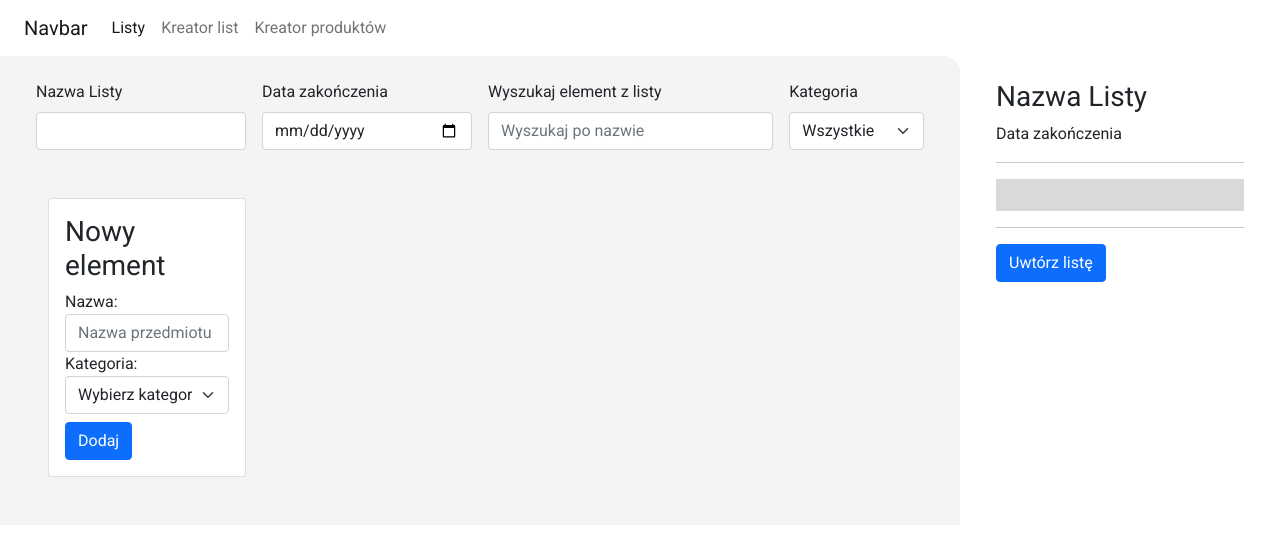
Repository: alphatra/Task-menager
Page: http://localhost/php/src/views/createList.php
These files come from the project's save history. The page is drawn as it stood at one moment and after the next save; the edit follows.
The browser window is 1280 px wide. The pictures show the whole page.
The page is run by PHP 8.4 with error messages shown; the project is at /var/www/html/. Queries for data that is not in the repository find no rows.

Above is the page before, as saved 2023-02-11 17:05:26.

### php/src/views/createList.php
<!DOCTYPE html>
<html lang="en">
<head>
    <meta charset="UTF-8">
    <meta http-equiv="X-UA-Compatible" content="IE=edge">
    <meta name="viewport" content="width=device-width, initial-scale=1.0">
    <title>Document</title>
    <script src="https://ajax.googleapis.com/ajax/libs/jquery/3.6.1/jquery.min.js"></script>
    <link href="https://cdn.jsdelivr.net/npm/bootstrap@5.0.2/dist/css/bootstrap.min.css" rel="stylesheet" integrity="sha384-EVSTQN3/azprG1Anm3QDgpJLIm9Nao0Yz1ztcQTwFspd3yD65VohhpuuCOmLASjC" crossorigin="anonymous">
    <script src="https://cdn.jsdelivr.net/npm/@popperjs/core@2.9.2/dist/umd/popper.min.js" integrity="sha384-IQsoLXl5PILFhosVNubq5LC7Qb9DXgDA9i+tQ8Zj3iwWAwPtgFTxbJ8NT4GN1R8p" crossorigin="anonymous"></script>
    <script src="https://cdn.jsdelivr.net/npm/bootstrap@5.0.2/dist/js/bootstrap.min.js" integrity="sha384-cVKIPhGWiC2Al4u+LWgxfKTRIcfu0JTxR+EQDz/bgldoEyl4H0zUF0QKbrJ0EcQF" crossorigin="anonymous"></script>
    <script>
        const catergories = {
            1: 'Elektronika',
            2: 'Meble',
            3: 'Kosmetyki',
            4: 'Jedzenie',
            5: 'Ubrania',
            6: 'Zabawki',
            7: 'Sport',
            8: 'Książki',
            9: 'Narzędzia',
            10: 'RTV'
        }

        console.log(catergories);
        $(document).ready(function() {
            const select = $('select');
            $.each(catergories, function(i, item) {
                $('select').append($("<option>", {
                    value: item,
                    text: item
                }))
                $('select').append($("<option>", {
                    value: item,
                    text: item
                }))
            });
            let _dataItems = [];
            let private_item = $(`<div class="col-xl-3 col-lg-4 col-md-6 col-12 mb-4">
                        <div class="card">
                            <div class="card-body">
                                <h3 class="card-title">Nowy element</h3>
                                Nazwa:
                                <input type="text" class="form-control" id="priv_item" placeholder="Nazwa przedmiotu">
                                Kategoria: <select id="inputState" class="form-select">
                                    <option selected>Wybierz kategorię</option>

                                    </select>
                                <input class="btn btn-primary mt-2" id="add_tolist" type="button" value="Dodaj">
                            </div>
                        </div>
                    </div>`);
    let loadData = (param,_category) => {
        $.ajax({
            url: '../controller.php',
            dataType: 'json',
            method: 'POST',
            data:{tablename:"products", search: param, category:_category},
            beforeSend: function() {
                $("#loading-image").show();
             },
            success: function(data) {
                console.log(data);
                let content = $('#objects').empty()
                content.append(private_item)
                let dataItems = JSON.parse(JSON.stringify(data))
                _dataItems = data
                dataItems = dataItems.map((item) => {
                    return $(`
                    <div class="col-lg-3 col-md-5 col-sm-5 mb-4">
      <div class="card">
        <div class="card-header img-atas" style="background-image: url('https://picsum.photos/300/100'); background-position: 50% 10%;">
        </div>
        <div class="card-body">
          <div class="row">
            <h5>${item.product_name}</h5>
          </div>
          <div class="row">
            <h6 class="text-secondary">${catergories[item.category_id]}</h6>
          </div>
          <div class="row">
            <div class="d-flex justify-content-between">
              <p class="text-primary">${item.product_description.substring(0, 29)}</p>
              <p class="text-warning">
		<input class="btn btn-primary" id="add_tolist" type="button" value="Dodaj" data-product-id="${item.id_product}" data-product-name="${item.product_name}" data-product-quantity="1">
		</p>
            </div>
          </div>
        </div>
      </div>
    </div>
                    `)
                })
                content.append(dataItems)

            },
            error: function (jqXHR, exception){
                console.log(jqXHR, exception);

            }
        })

    }
    let createList_Ajax = (param) =>{
        $.ajax({
            url: '../controller_1.php',
            method: 'POST',
            data:{data: param},
            cache: false,
            success: function(data) {
                console.log(data);
            },
            error: function (xhr, status, error){
                console.log(status);

            }
        })
    }
    let createListItems_Ajax = (param) =>{
        $.ajax({
            url: '../controller_1.php',
            method: 'POST',
            data:{data: param},
            cache: false,
            success: function(data) {
                console.log(data);
            },
            error: function (xhr, status, error){
                console.log(status);

            }
        })
    }

    loadData()

    $("#searchItem, select").on("keyup change", function() {
        let inputVal = $("#searchItem").val();
        let selectVal = $("select").val();
        if (inputVal.length > 0 || selectVal > 0) {
            inputVal = inputVal.length == 0 ? '' : inputVal;
            selectVal = selectVal == 0 ? '' : selectVal;
            loadData(inputVal, selectVal);
        } else {
            loadData();
        }
    });
    let products = {product_id:[],product_title:[],qty:[]};
    let list = {
            list_name: '',
            end_date: '',
            products: [products]
        };

    let add_products = (id, title, quantity) => {
        if (!checkIfExists(id)) {
            products.product_id.push(id);
            products.product_title.push(title);
            products.qty.push(quantity);
        }
    }

    let checkIfExists = (id) => {
        for (let i = 0; i < products.product_id.length; i++) {
            if (products.product_id[i] === id) {
                return true;
            }
        }
        return false;
    }

    let searchedProduct = (_id) =>{
        let found =  _dataItems.find(e => e.id_product == _id)
        return found.product_name
    }

    let generateContent = (_item,_qty) => {
        let content = $('#list_elements')
        content.empty()
        console.log(_qty);
        let listItems = _item.map((item) => {
            return $(`
            <h5>${searchedProduct(+item)}</h5>
            <input type="number" id="qty" value="1" class="form-control form-icon-trailing" />
            `)})
        content.append(listItems)
    }

    let crateList = () => {
        if(list.list_name != '' || list.end_date != '' || products.product_id.length != 0){
            console.log(list);
            createList_Ajax(list)
        }
    }
    $(document).on("click", "#add_tolist", function() {
        //console.log(list);
        //console.log(+this.name);
        //console.log(searchedProduct(+this.name));
        var productId = $(this).data('product-id');
        var productName = $(this).data('product-name');
        var productQuantity = $(this).data('product-quantity');

        console.log("Id produktu: " + productId);
        console.log("Nazwa produktu: " + productName);
        console.log("Ilość produktu: " + productQuantity);
        // Obsługa okienka modalnego z bootstrapa
        var myModal = new bootstrap.Modal(document.getElementById("exampleModal"))
        if(list.list_name == '' || list.end_date == ''){
            myModal.show()
            $(document).on("click", ".btn-secondary", function() {
                myModal.hide()
            })
            if (list.list_name == '') {
                $("#listName").addClass("is-invalid")
            }else{
                $("#listName").removeClass("is-invalid")
            }
            if (list.end_date == '') {
                $("#endDate").addClass("is-invalid")
            }else{
                $("#endDate").removeClass("is-invalid")
            }
            //console.log("Nie",list)
        }else{
            add_products(productId, productName, productQuantity);
            generateContent(list.products['product_id'],list.products['qty'])
            $("#listName, #endDate").removeClass("is-invalid")
            //console.log("Tak",list);
        }
    });
    $(document).on("click", "#crateList_button", function() {
        console.log(crateList());
    });
    $("#listName, #endDate").on("keyup change",function(){
        list = {
            list_name: $("#listName").val(),
            end_date: $("#endDate").val(),
            products: products
        }
        $("#list_name").text($("#listName").val());
        $("#end_date").text($("#endDate").val());
    });
})

    </script>
    <link rel="stylesheet" href="../assets/style.css">
</head>
<body>
    <!-- Modal -->
    <div class="modal fade" id="exampleModal" tabindex="-1" role="dialog" aria-labelledby="exampleModalLabel" aria-hidden="true">
        <div class="modal-dialog">
            <div class="modal-content">
                <div class="modal-header">
                    <h5 class="modal-title" id="exampleModalLabel">Uwaga!</h5>
                    <button type="button" class="btn-close" data-dismiss="modal" aria-label="Zamknij"></button>
                </div>
                <div class="modal-body">
                    Nie wypełniłeś wszystkich pól!
                </div>
                <div class="modal-footer">
                    <button type="button" class="btn btn-secondary" data-dismiss="modal">Zamknij</button>
                </div>
            </div>
        </div>
    </div>

    <div class="container-fluid">
        <nav class="navbar navbar-expand-lg navbar-light ">
            <div class="container-fluid">
                <a class="navbar-brand" href="#">Navbar</a>
                <button class="navbar-toggler" type="button" data-bs-toggle="collapse" data-bs-target="#navbarNav" aria-controls="navbarNav" aria-expanded="false" aria-label="Toggle navigation">
                    <span class="navbar-toggler-icon"></span>
                </button>
                <div class="collapse navbar-collapse" id="navbarNav">
                    <ul class="navbar-nav">
                        <li class="nav-item">
                            <a class="nav-link active" href="/">Listy</a>
                        </li>
                        <li class="nav-item">
                            <a class="nav-link" aria-current="page" href="views/createList.php">Kreator list</a>
                        </li>
                        <li class="nav-item">
                            <a class="nav-link" href="views/createProduct.php">Kreator produktów</a>
                        </li>
                    </ul>
                </div>
            </div>
        </nav>
        <div class="row">
            <div class="col-lg-9" style="background-color: #F4F4F4; border-top-right-radius: 1rem">
                <div class="container py-4 px-4">
                <form class="row g-3 needs-validation" novalidate>
                    <div id="listName_" class="col-md-3">
                        <label for="listName" class="form-label">Nazwa Listy</label>
                        <input type="text" class="form-control" id="listName" required>
                        <div class="invalid-feedback">
                            Podaj nazwę listy!
                        </div>
                    </div>
                    <div id="endDate_" class="col-md-3">
                        <label for="endDate" class="form-label">Data zakończenia</label>
                        <input type="date" class="form-control" id="endDate" required>
                        <div class="invalid-feedback">
                            Podaj nazwę listy!
                        </div>
                    </div>
                    <div id="searchItem_" class="col-md-4">
                        <label for="searchItem" class="form-label">Wyszukaj element z listy</label>
                        <input type="search" class="form-control" id="searchItem" aria-label="Search" placeholder="Wyszukaj po nazwie">
                    </div>
                    <div class="col-md-2">
                        <label for="inputState" class="form-label">Kategoria</label>
                        <select id="inputState" class="form-select">
                            <option selected value="0">Wszystkie</option>

                        </select>
                    </div>
                </form>
                <div id="objects" class="row m-0 mt-5"></div>
                </div>
            </div>
            <div class="col-lg-3">
                <div class="container pt-4">
                <h3 id="list_name">Nazwa Listy</h3>
                <span id="end_date">Data zakończenia</span>
                <hr class="hr1" />
                <div id="list_elements" class="px-3 py-3" style="background-color:#D9D9D9"></div>
                <hr class="hr1" />
                <button type="submit" id="crateList_button" class="btn btn-primary">Uwtórz listę</button>
                </div>
            </div>
        </div>
    </div>
</body>
</html>

### php/src/controller.php
<?php
session_start();
require_once('./model/CRUD.php');


$db = new db();
$_tablename = $_POST['tablename'];
if(isset($_POST['search'])){
    $search = $_POST['search'];
    $result = $db->searchData($_tablename,$search,'');
    if(isset($_POST['category'])){
        $_category = $_POST['category'];
        $result = $db->searchData($_tablename,$search,$_category);
    }
    echo $result;
}else{
    echo $db->getData($_tablename);
}
?>

### php/src/model/CRUD.php
<?php
class db{
    private $conn;
    public $servername;
    public $username;
    public $password;
    public $database;
    public $tablename;

    public function __construct($host="db", $database="mydb",
                                $username="root", $password="root"){
        $this->host = $host;
        $this->database = $database;
        $this->username = $username;
        $this->password = $password;

        try {
            // Tworzenie połączenia
            $this->conn = new mysqli($host, $username, $password, $database);
        } catch (Exception $e) {
            // Sprawdzanie połączenia
            die("Connection failed: " . mysqli_connect_error());

        }

        return $this->conn;
    }

    // Wyświetlanie list z bazy danych
    public function getData($tablename){
        $this->tablename = $tablename;
        $query = "SELECT * FROM $this->tablename";
        $result = mysqli_query($this->conn, $query);
        $result = mysqli_fetch_all($result, MYSQLI_ASSOC);

        return json_encode($result);
    }

    // Wyświetlanie list z bazy danych wraz z wyszukiwaniem
    public function searchData($tablename, $search, $category){
        $this->tablename = $tablename;
        $this->search = $search;
        $this->category = $category;
        if($tablename == 'products'){
            $query = "SELECT * FROM $this->tablename WHERE product_name LIKE '$this->search%'";
            if($category != ''){
                $query .= " AND category_id = $this->category";
            }
        }else{
            $query = "SELECT * FROM $this->tablename WHERE name LIKE '$this->search%'";
            if($category != ''){
                $query .= " AND category_id = $this->category";
            }
        }
        $result = mysqli_query($this->conn, $query);
        $result = mysqli_fetch_all($result, MYSQLI_ASSOC);

        return json_encode($result);
    }
    /*
    public function searchData($tablename="", $search=""){
        $this->tablename = "list";
        $this->search = "{$search}%";
        $query = "SELECT * FROM $this->tablename WHERE name LIKE ?";
        $stmt = $this->conn->prepare($query);
        $stmt->bind_param("s",$search);
        $stmt->execute();
        $result = $stmt->get_result();

        return json_encode($result->fetch_all(MYSQLI_ASSOC));
    }
    */

    // Dodawanie produktów do bazy danych
    public function createProduct($Param){
        $product_name = $Param[0];
        $product_description = $Param[1];
        $product_image = $Param[2];
        $category_id = $Param[3];
        $query = "INSERT INTO products (product_name, product_description, product_image, category_id)
                    VALUES ('{$product_name}', '{$product_description}', '{$product_image}', '{$category_id}')";

        mysqli_query($this->conn, $query);
    }

    public function fetchData($Data){
        $this->Data = $Data;
        $decoded_json = json_decode($Data, true);
        $product_name = $decoded_json['product_name'];
        $product_description = $decoded_json['product_description'];
        $product_image = $decoded_json['product_image'];
        $category_id = $decoded_json['category_id'];
        return [$product_name, $product_description, $product_image, $category_id];
    }

    public function getMaxId($tablename){
        $this->tablename = $tablename;
        $query = "SELECT MAX( id ) AS `Max_Id` FROM $this->tablename";
        $result = mysqli_query($this->conn, $query);
        $result = mysqli_fetch_all($result, MYSQLI_ASSOC);
        $result = $result[0]['Max_Id'];

        return $result + 1;
    }

    public function getIdList($list_name){
        $this->list_name = $list_name;
        $query = "SELECT id FROM list WHERE name = '$this->list_name'";
        $result = mysqli_query($this->conn, $query);
        $result = mysqli_fetch_all($result, MYSQLI_ASSOC);
        $result = $result[0]['id'];

        return $result;
    }

    public function createList($list_name, $end_date){
        $id = $this->getMaxId('list');
        $this->list_name = $list_name;
        $created_date = date("Y-m-d h:i:s");
        $this->end_date = $end_date;
        $query = "INSERT INTO list (id, name, created_date, end_date) VALUES ('{$id}','{$list_name}','{$created_date}','{$end_date}')";
        mysqli_query($this->conn, $query);
        return $query;
    }

    public function createListItems($qty,$list_name,$id_product){
        $id = $this->getMaxId('list_items');
        $this->qty = $qty;
        $this->list_name = $list_name;
        $list_name = $this->getIdList($list_name);
        $this->id_product = $id_product;

        $query = "INSERT INTO list_items (id, quantity, list_id, id_product) VALUES ('{$id}', '{$this->qty}', '{$list_name}', '{$this->id_product}')";
        mysqli_query($this->conn, $query);
        return $query;
    }

    public function addPrivateItem($item_key, $item_name, $item_category){
        $this->item_key = $item_key;
        $this->item_name = $item_name;
        $this->item_category = $item_category;

        $query = "INSERT INTO private_items (item_key, item_name, category_id) VALUES ('{$item_key}', '{$item_name}', '{$item_category}')";
        mysqli_query($this->conn, $query);
        return $query;
    }
}
?>

### php/src/assets/style.css
@import url('https://fonts.googleapis.com/css2?family=Roboto:ital,wght@0,300;0,400;1,500&display=swap');

body {
    font-family: 'Roboto', sans-serif;
    font-size: 16px;
    line-height: 1.5;
    background-color: white;
    margin: 0;
    padding: 0;
}
.black-border {
    border: 1px solid black;
    padding: 1rem;
}
.img-atas {
    width: auto;
    height: 100px;
    background-repeat: no-repeat;
    background-position: center;
    background-size: cover;
  }

hr {
    margin: 1rem 0;
    color: inherit;
    background-color: currentColor;
    border: 0;
    opacity: 0.25;
  }

After the next save:
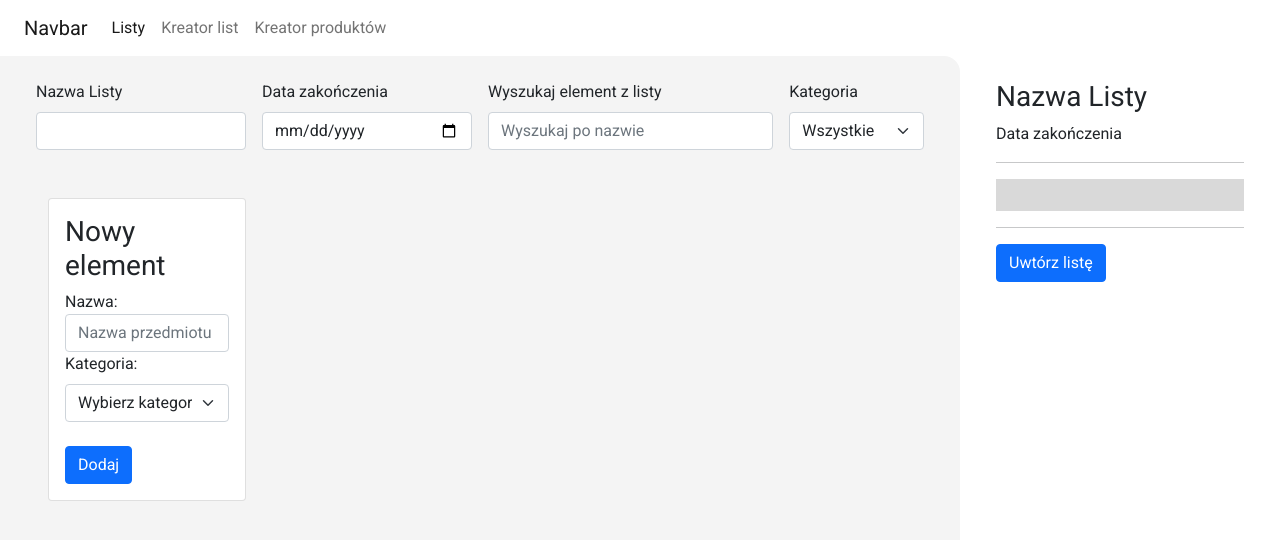
Saved 25 s later.
--- a/php/src/views/createList.php
+++ b/php/src/views/createList.php
@@ -43,11 +43,11 @@
                                 <h3 class="card-title">Nowy element</h3>
                                 Nazwa:
                                 <input type="text" class="form-control" id="priv_item" placeholder="Nazwa przedmiotu">
-                                Kategoria: <select id="inputState" class="form-select">
+                                Kategoria: <select id="inputState" class="form-select mt-2">
                                     <option selected>Wybierz kategorię</option>
 
                                     </select>
-                                <input class="btn btn-primary mt-2" id="add_tolist" type="button" value="Dodaj">
+                                <input class="btn btn-primary mt-4" id="add_tolist" type="button" value="Dodaj">
                             </div>
                         </div>
                     </div>`);
